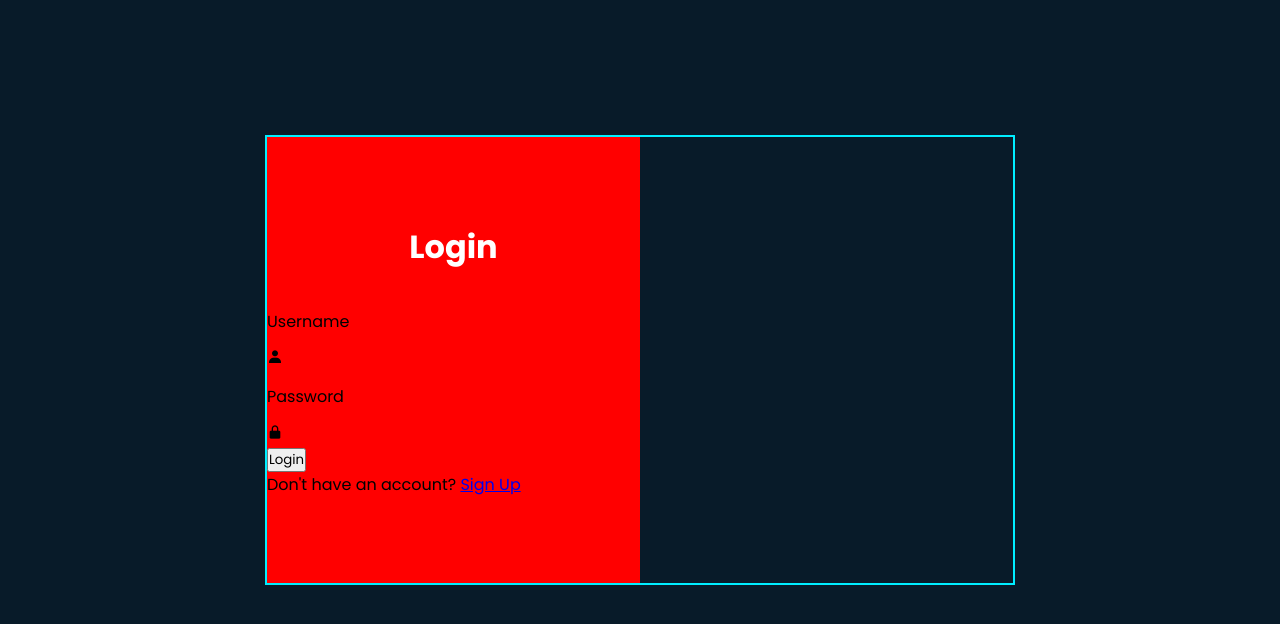
Repository: swastikjhacoder/Login-Registration-HTML
Page: index.html
These files come from the project's save history. The page is drawn as it stood at one moment and after a run of saves; the edit follows.
The browser window is 1280 px wide. The pictures show the whole page.

Above is the page before, as saved 2023-09-18 14:34:17.
Not found: js/toastify.js

After the next 10 saves:
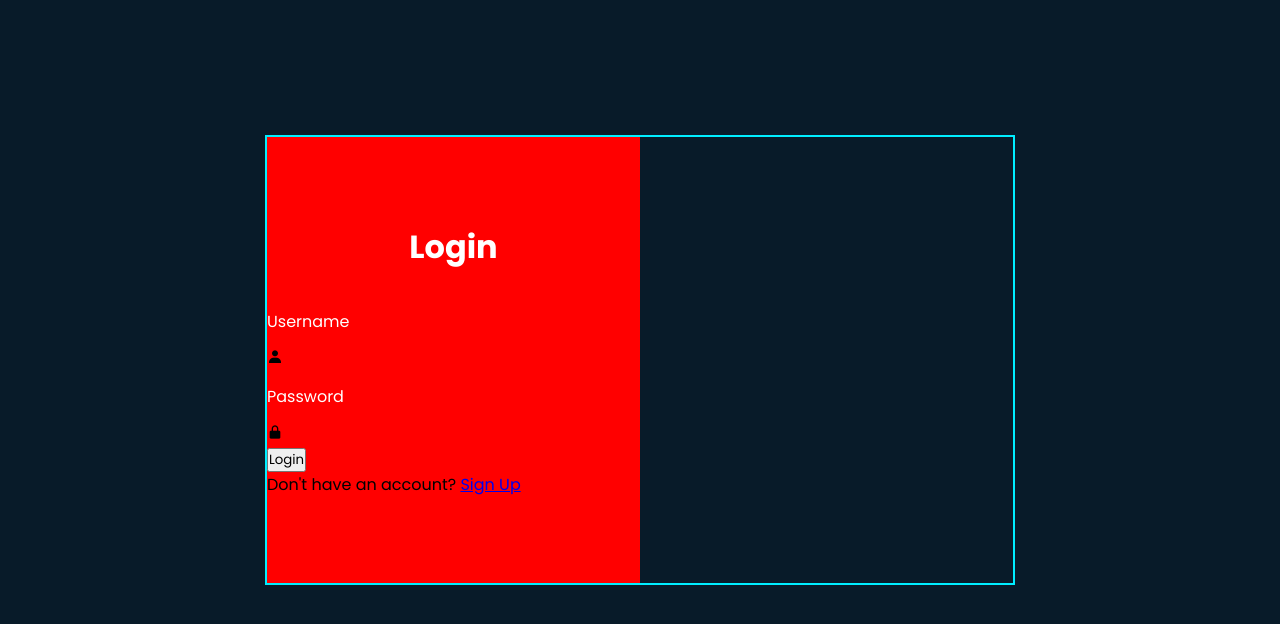
The 10 saves are shown as one change because they came seconds apart.
The last was saved 20 s later.
--- a/style.css
+++ b/style.css
@@ -62,5 +62,6 @@ body {
     left: 0;
     transform: translateY(-50%);
     font-size: 16px;
-
+    color: #fff;
+    pointer-events: none;
 }
